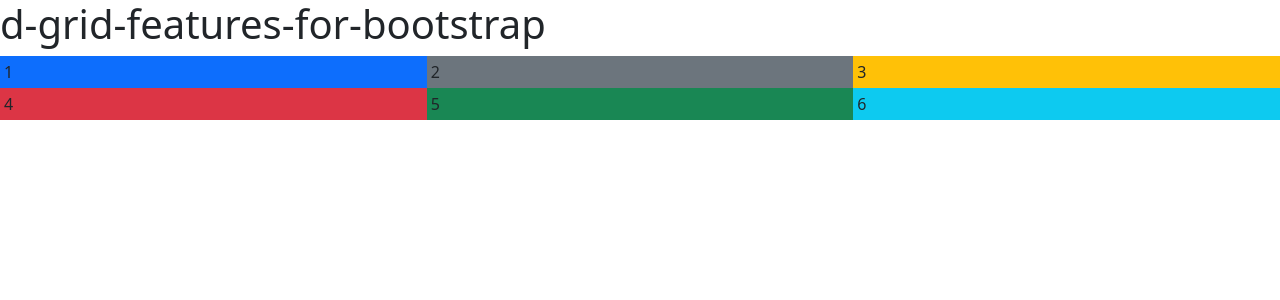
Repository: LynxPardelle/d-grid-features-for-bootstrap
Page: index.html
An editor plug-in stored every save of this project. The page is shown before and after the next save, followed by the edit.
The browser window is 1280 px wide. The pictures show the whole page.

Above is the page before, as saved 2021-10-20 04:35:38.

### index.html
<!DOCTYPE html>
<html lang="en">
<head>
  <meta charset="UTF-8">
  <meta http-equiv="X-UA-Compatible" content="IE=edge">
  <meta name="viewport" content="width=device-width, initial-scale=1.0">
  <title>d-grid-features-for-bootstrap</title>
  <link href="https://cdn.jsdelivr.net/npm/bootstrap@5.1.3/dist/css/bootstrap.min.css" rel="stylesheet" integrity="sha384-1BmE4kWBq78iYhFldvKuhfTAU6auU8tT94WrHftjDbrCEXSU1oBoqyl2QvZ6jIW3" crossorigin="anonymous">
</head>
<body>
  <h1>d-grid-features-for-bootstrap</h1>

  <!-- <section class="d-grid bg-dark" data-gfbs data-gfbs-gtc="repeat(4, 1fr)" data-gfbs-gtr="repeat(2, 100px)" > -->
    <section class="d-grid bg-dark" data-gfbs data-gfbs-gta='"f b c""d e a"'>
    <div data-gfbs-ga="a" class="grid-element bg-primary p-1">
      1
    </div>
    <div data-gfbs-ga="b" class="grid-element bg-secondary p-1">
      2
    </div>
    <div data-gfbs-ga="c" class="grid-element bg-warning p-1">
      3
    </div>
    <div data-gfbs-ga="d" class="grid-element bg-danger p-1">
      4
    </div>
    <div data-gfbs-ga="e" class="grid-element bg-success p-1">
      5
    </div>
    <div data-gfbs-ga="f" class="grid-element bg-info p-1">
      6
    </div>
  </section>

  <script src="https://cdn.jsdelivr.net/npm/bootstrap@5.1.3/dist/js/bootstrap.bundle.min.js" integrity="sha384-ka7Sk0Gln4gmtz2MlQnikT1wXgYsOg+OMhuP+IlRH9sENBO0LRn5q+8nbTov4+1p" crossorigin="anonymous"></script>
  <script src="./d-grid.js"></script>
</body>
</html>

### d-grid.js
"use strict";

let gridElements = document.querySelectorAll("[data-gfbs]");
console.log(gridElements);

for (let gridElement of gridElements) {
  for (let attribute of gridElement.attributes) {
    if (attribute.localName.includes("gfbs-")) {

      console.log(attribute);

      let at = attribute.localName
      let attValue = attribute.value;
      console.log(attValue);
      console.log(typeof attValue);
      switch(true){
        case at.includes("custom"):
          gridElement.style.cssText += attValue;
        break;
        case at.includes("gtc"):
          gridElement.style.gridTemplateColumns = attValue;
        break;
        case at.includes("gtr"):
          gridElement.style.gridTemplateRows = attValue;
        break;
        case at.includes("gta"):
          gridElement.style.gridTemplateAreas = attValue;
          console.log(gridElement.style.gridTemplateAreas);
        break;
        case at.includes("ga"):
          gridElement.style.gridArea = attValue;
        break;
      }
    }
  }
}

After the next save:
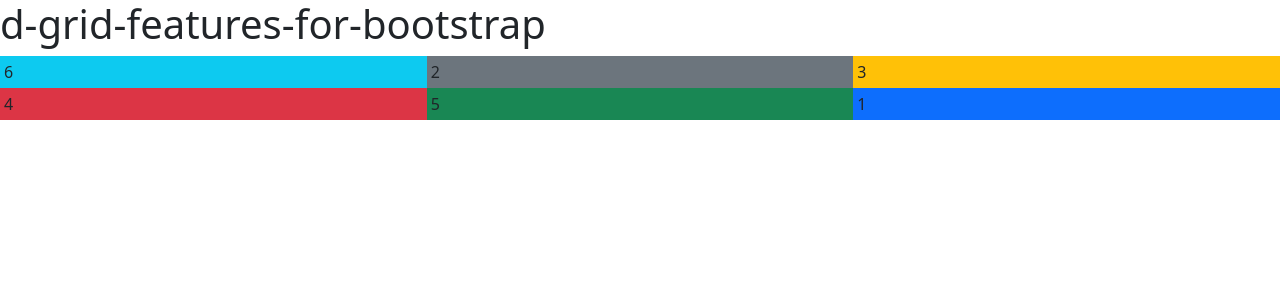
Saved 22 s later.
--- a/index.html
+++ b/index.html
@@ -12,22 +12,22 @@
 
   <!-- <section class="d-grid bg-dark" data-gfbs data-gfbs-gtc="repeat(4, 1fr)" data-gfbs-gtr="repeat(2, 100px)" > -->
     <section class="d-grid bg-dark" data-gfbs data-gfbs-gta='"f b c""d e a"'>
-    <div data-gfbs-ga="a" class="grid-element bg-primary p-1">
+    <div data-gfbs data-gfbs-ga="a" class="grid-element bg-primary p-1">
       1
     </div>
-    <div data-gfbs-ga="b" class="grid-element bg-secondary p-1">
+    <div data-gfbs data-gfbs-ga="b" class="grid-element bg-secondary p-1">
       2
     </div>
-    <div data-gfbs-ga="c" class="grid-element bg-warning p-1">
+    <div data-gfbs data-gfbs-ga="c" class="grid-element bg-warning p-1">
       3
     </div>
-    <div data-gfbs-ga="d" class="grid-element bg-danger p-1">
+    <div data-gfbs data-gfbs-ga="d" class="grid-element bg-danger p-1">
       4
     </div>
-    <div data-gfbs-ga="e" class="grid-element bg-success p-1">
+    <div data-gfbs data-gfbs-ga="e" class="grid-element bg-success p-1">
       5
     </div>
-    <div data-gfbs-ga="f" class="grid-element bg-info p-1">
+    <div data-gfbs data-gfbs-ga="f" class="grid-element bg-info p-1">
       6
     </div>
   </section>
